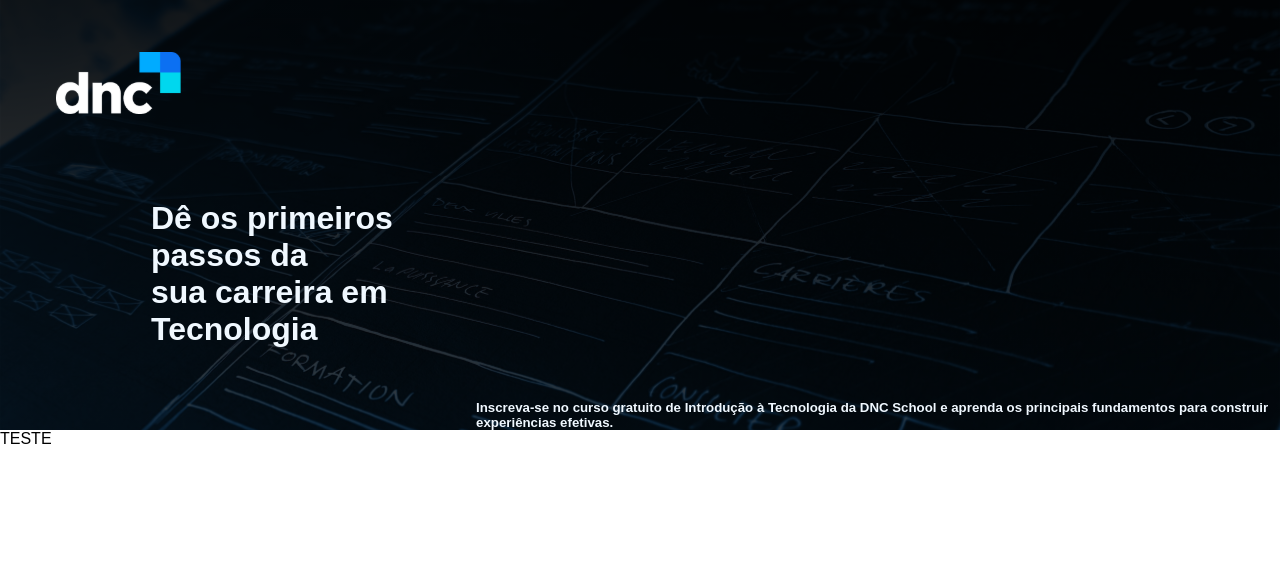
Repository: kleber-goncalves/Landing-Page-dnc
Page: src/index.html
The author's editor kept a copy of each file at every save. The page is drawn from the files as they stood at one save, then again after the next save.
The browser window is 1280 px wide. The pictures show the whole page.

Above is the page before, as saved 2024-12-09 19:46:16.

### src/index.html
<!DOCTYPE html>
<html lang="pt-br">
  <head>
    <meta charset="UTF-8" />
    <meta name="viewport" content="width=device-width, initial-scale=1.0" />
    <title>Escola DNC</title>
    <link rel="stylesheet" href="../src/style.css" />
  </head>
  <body>
    <div id="cabecanho">
        <img id="logo-dnc" src="../img/logo.svg" alt="logo-dnc">
        <h1 id="titulo" >Dê os primeiros passos da <br>
            sua carreira em Tecnologia</h1>
        <h5 id="subtitulo" >Inscreva-se no curso gratuito de Introdução à Tecnologia da DNC School e aprenda os principais fundamentos para construir experiências efetivas.</h5>
    </div>
    <div>TESTE</div>
  </body>
</html>

### src/style.css
* {
  margin: 0px;
  font-family: Arial, Helvetica, sans-serif;
}

#cabecanho {
  display: flex;
  margin: 0%;
  height: 100%;
  background-image: url(../img/fundo.svg);
  background-size: cover;
  background-repeat: no-repeat;
  color: aliceblue;
}

#logo-dnc {
  display: flex;
  width: 125px;
  height: 62px;
  margin-left: 56px;
  margin-top: 52px;
}

#titulo {
  display: flex;
  margin-left: -30px;
  margin-top: 200px;
}

#subtitulo{
    display: flex;
    margin-left: -30px;
    margin-top: 400px;
}

### img/logo.svg
<svg width="125" height="62" viewBox="0 0 125 62" fill="none" xmlns="http://www.w3.org/2000/svg" xmlns:xlink="http://www.w3.org/1999/xlink">
<rect width="125" height="62" fill="url(#pattern0_1227_101)"/>
<defs>
<pattern id="pattern0_1227_101" patternContentUnits="objectBoundingBox" width="1" height="1">
<use xlink:href="#image0_1227_101" transform="matrix(0.00497512 0 0 0.0100305 0 -0.00152463)"/>
</pattern>
<image id="image0_1227_101" width="201" height="100" xlink:href="data:[embedded picture, 3186 characters]"/>
</defs>
</svg>

### img/fundo.svg
<svg width="1440" height="560" viewBox="0 0 1440 560" fill="none" xmlns="http://www.w3.org/2000/svg" xmlns:xlink="http://www.w3.org/1999/xlink">
<rect width="1440" height="560" fill="url(#pattern0_1227_39)"/>
<rect width="1440" height="560" fill="url(#paint0_linear_1227_39)"/>
<defs>
<pattern id="pattern0_1227_39" patternContentUnits="objectBoundingBox" width="1" height="1">
<use xlink:href="#image0_1227_39" transform="matrix(0.0004 0 0 0.00102857 0 -0.0636538)"/>
</pattern>
<linearGradient id="paint0_linear_1227_39" x1="720" y1="0" x2="720" y2="560" gradientUnits="userSpaceOnUse">
<stop stop-opacity="0.9"/>
<stop offset="1" stop-opacity="0.7"/>
</linearGradient>
<image id="image0_1227_39" width="2500" height="1460" xlink:href="data:[embedded picture, 603023 characters]"/>
</defs>
</svg>

After the next save:
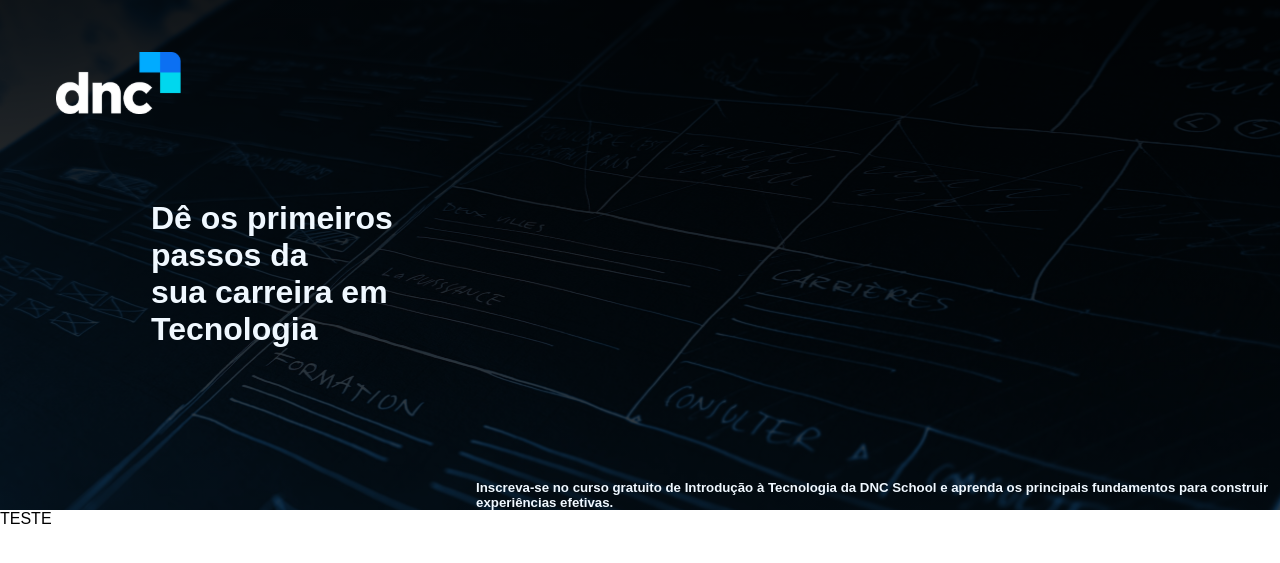
Saved 7 s later.
--- a/src/style.css
+++ b/src/style.css
@@ -30,5 +30,5 @@
 #subtitulo{
     display: flex;
     margin-left: -30px;
-    margin-top: 400px;
+    margin-top: 480px;
 }
